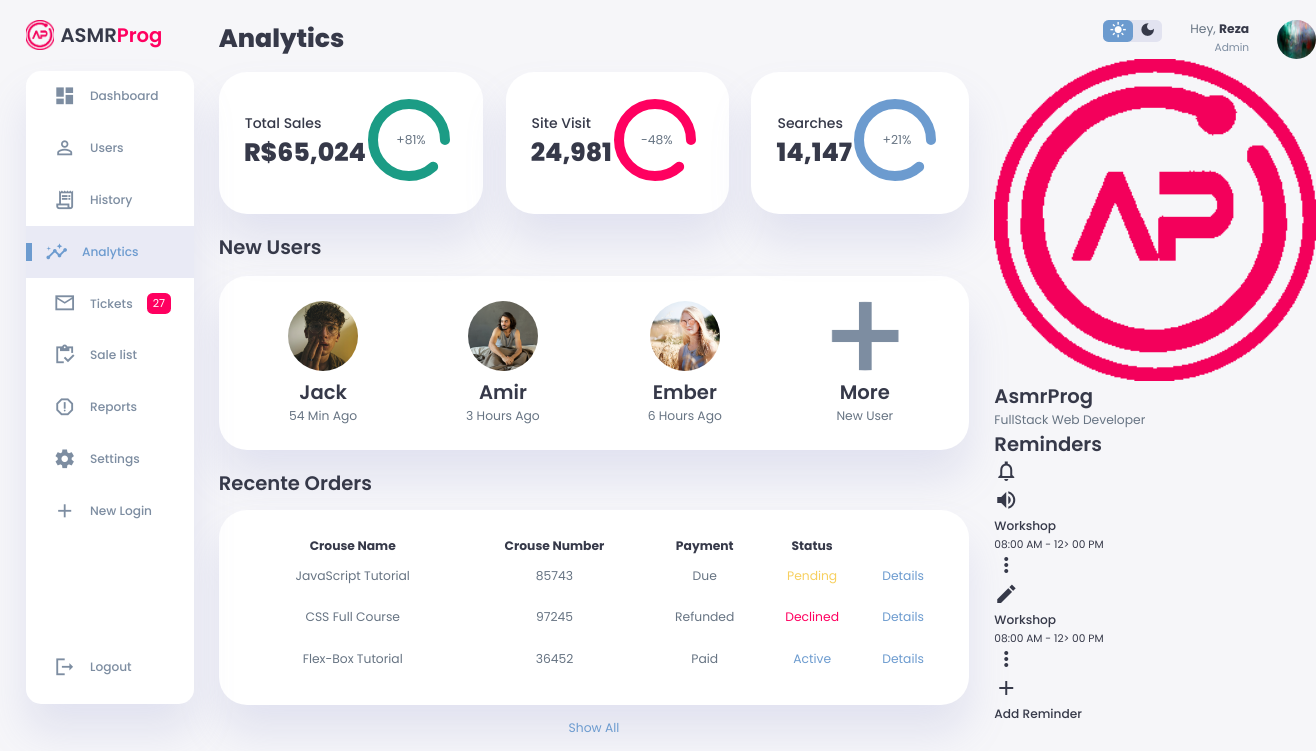
Repository: pheonix5/ProjetosRN-linux
Page: DashBoard/index.html
An editor plug-in stored every save of this project. The page is shown before and after the next save, followed by the edit.
The browser window is 1280 px wide. The page is 1316 px wide, so the pictures cover 1316 px, including what lies to the right of the window. The pictures show the whole page.

Above is the page before, as saved 2023-08-06 02:55:19.

After the next save:
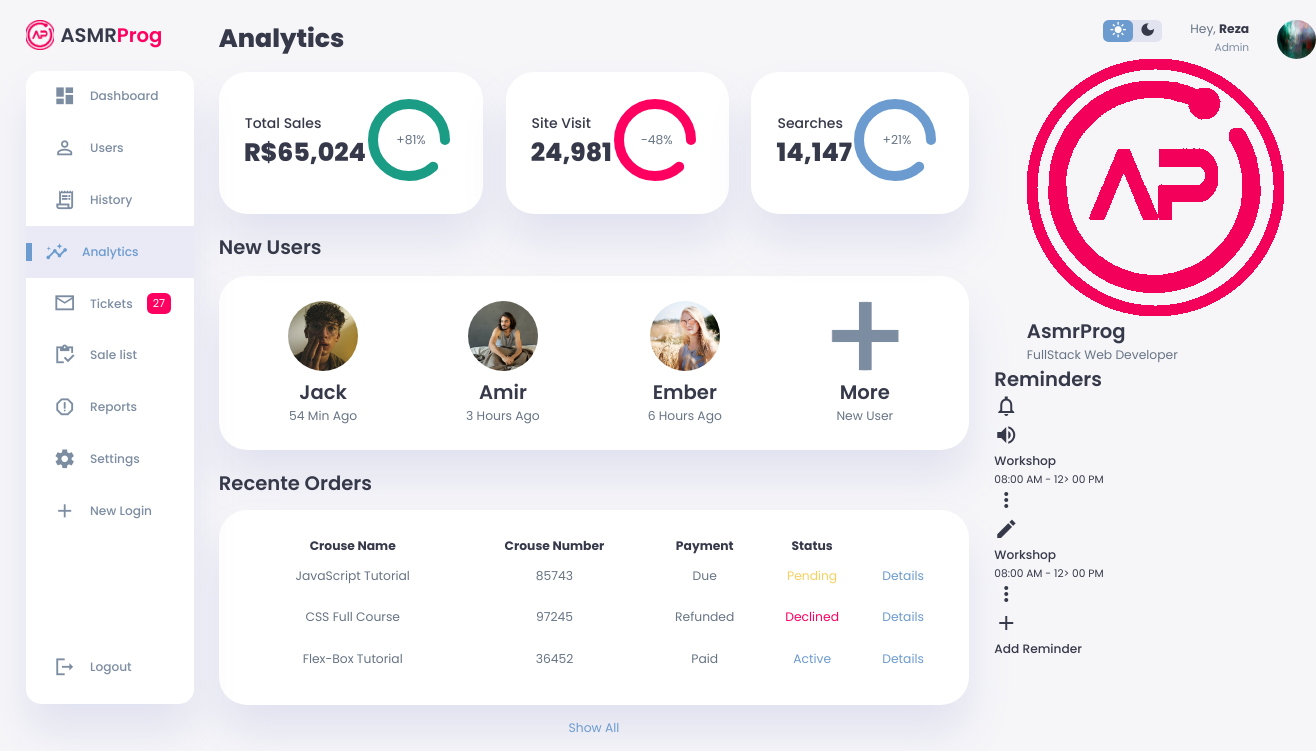
Saved 83 s later.
--- a/DashBoard/style.css
+++ b/DashBoard/style.css
@@ -429,3 +429,8 @@ main .recent-orders a{
   border-radius: 50%;
   overflow: hidden;
 }
+
+.right-section .user-profile{
+  display: flex;
+  justify-content: center;
+}
